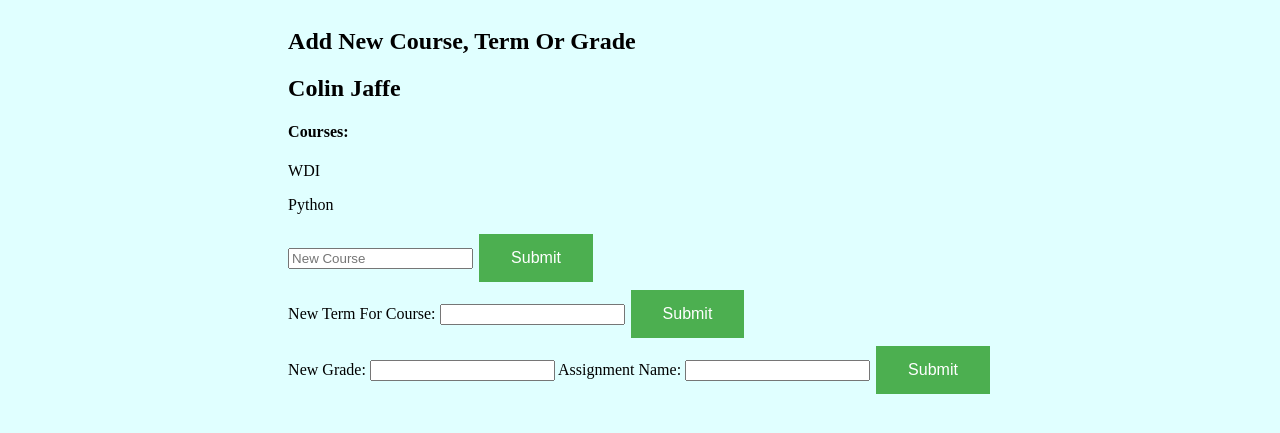
Repository: EdmontDantes/graderaide-ui
Page: add.html
These files come from the project's save history. The page is drawn as it stood at one moment and after the next save; the edit follows.
The browser window is 1280 px wide. The pictures show the whole page.

Above is the page before, as saved 2020-04-21 15:48:22.

### add.html
<html lang="en">
  <head>
    <title>Graderaide</title>
    <meta charset="UTF-8">
    <meta name="viewport" content="width=device-width, initial-scale=1">
    <link rel="stylesheet" type="text/css" href="style-add.css">
  </head>

  <body>
    <section class="app">
      <h1>Add New Course, Term Or Grade</h1>
      <h2>Colin Jaffe</h1>
      <h4>Courses:</h3>
      <p>WDI</p>
      <p>Python</p>
      <section>
        <!-- <label for="new-course">New Course:</label> -->
        <input type="text" name="new-course" class="new-course" placeholder="New Course">
        <button type="submit" class="submit-new-course">Submit</button>
      </section>
      <section>
        <label for="new-term">New Term For Course:</label>
        <input type="text" name="new-term" class="new-term">
        <button type="submit" class="submit-new-term">Submit</button>
      </section>
      <section>
        <label for="new-grade">New Grade:</label>
        <input type="text" name="new-grade" class="new-grade">
        <label for="new-grade-assignment">Assignment Name:</label>
        <input type="text" name="new-grade-assignment" class="new-grade-assignment">
        <button type="submit" class="submit-new-grade-assignment">Submit</button>
      </section>
    </section>
  </body>
</html>

### style-add.css
@media (min-width: 601px) and (max-width: 1100px);

body {
    background-color: lightcyan;
    display: flex;
    flex-wrap: wrap;
    justify-content: center;
}

button {
    background-color: #4CAF50; /* Green */
    border: none;
    color: white;
    padding: 15px 32px;
    text-align: center;
    text-decoration: none;
    display: inline-block;
    font-size: 16px;
    margin: 4px 2px;
    cursor: pointer;
}

After the next save:
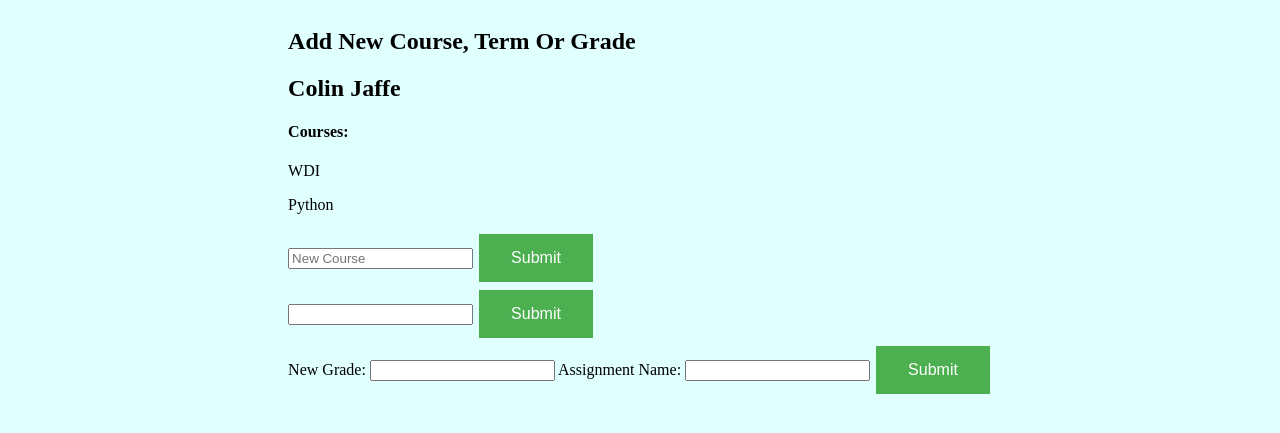
Saved 30 s later.
--- a/add.html
+++ b/add.html
@@ -19,7 +19,7 @@
         <button type="submit" class="submit-new-course">Submit</button>
       </section>
       <section>
-        <label for="new-term">New Term For Course:</label>
+        <!-- <label for="new-term">New Term For Course:</label> -->
         <input type="text" name="new-term" class="new-term">
         <button type="submit" class="submit-new-term">Submit</button>
       </section>
